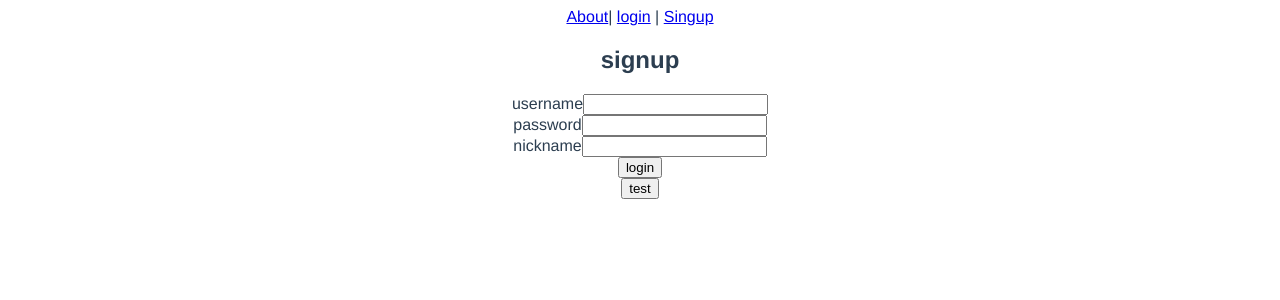
Repository: HeeJeong0718/captin
Page: /signup
These files come from the project's save history. The page is drawn as it stood at one moment and after the next save; the edit follows.
The browser window is 1280 px wide. The pictures show the whole page.
The project was rebuilt for these pictures with package versions that can differ from the ones it lists, and the page was loaded fresh each time. Also part of the build but not shown: vue.config.js.

Above is the page before, as saved 2022-04-22 01:54:26.

After the next save:
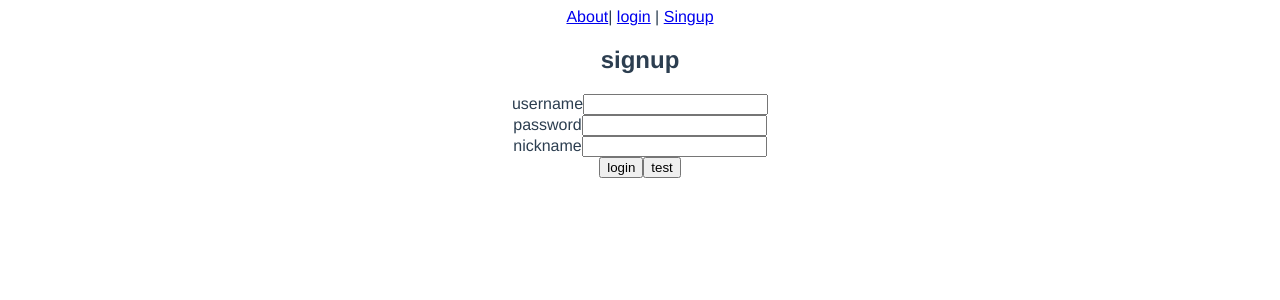
Saved 15 s later.
--- a/src/components/SignForm.vue
+++ b/src/components/SignForm.vue
@@ -13,9 +13,9 @@
       <input type="text" name="" id="nickname" v-model="nickname">
     </div>
     <button type="submit">login</button>
-     <div>
+
     <button v-on:click="test">test</button>
-  </div>
+
   </form>
 
 </template>
